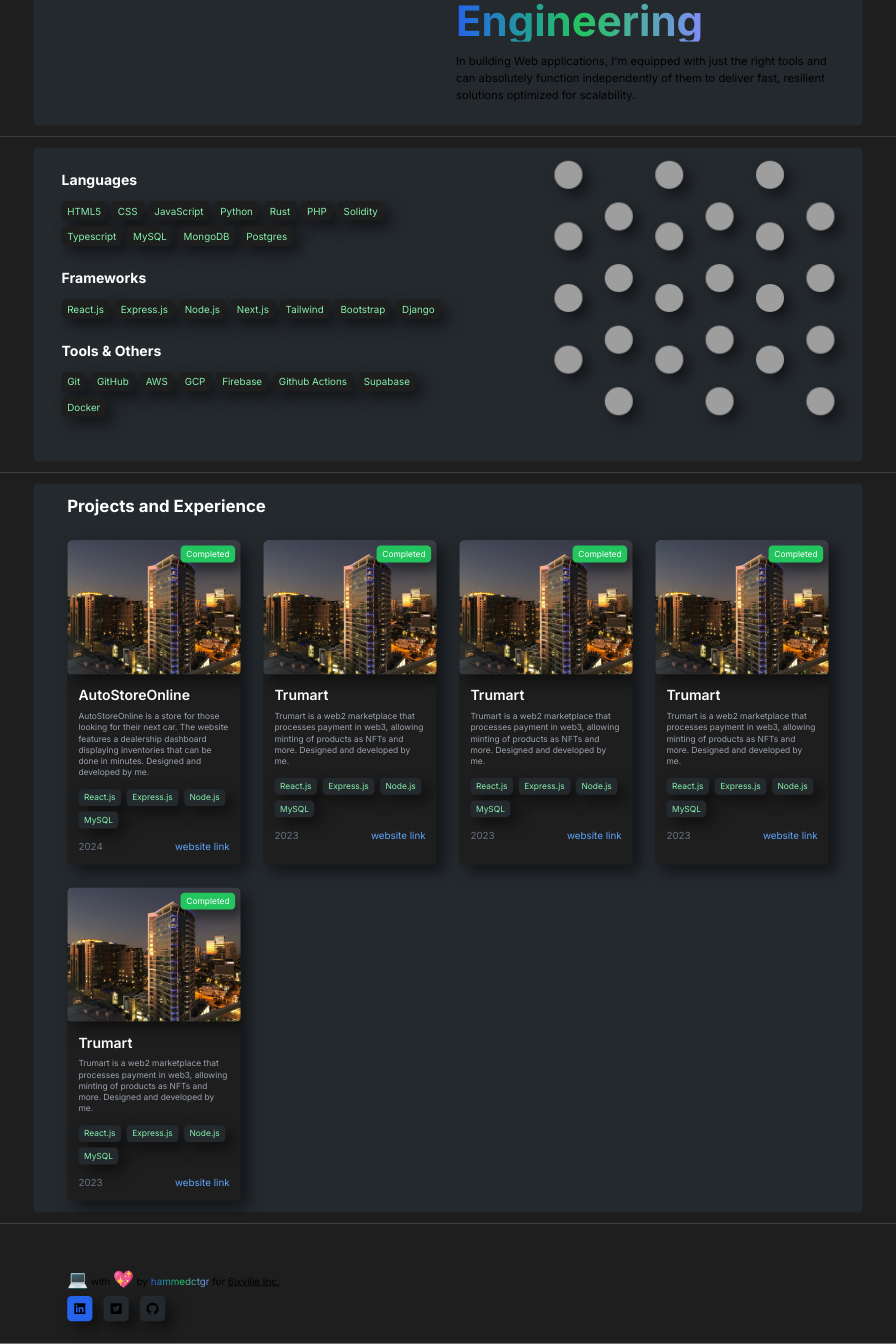
Repository: muhammedctgr/hammedctgr
Page: /
The author's editor kept a copy of each file at every save. The page is drawn from the files as they stood at one save, then again after the next save.
The browser window is 1280 px wide. The pictures show the part of the page from y = 848 to 2768 px (the page is 2768 px tall), at 70% of full size.
Pictures or frames that could not be fetched are drawn as grey boxes. The project was rebuilt for these pictures with package versions that can differ from the ones it lists, and the page was loaded fresh each time. The framework's server and built-in components were replaced by stand-ins that run in the browser. Also part of the build but not shown: next.config.mjs.

Above is the page before, as saved 2024-08-13 19:53:00.

### app/layout.tsx
import type { Metadata } from "next";
import { Inter } from "next/font/google";
import "./globals.css";

const inter = Inter({ subsets: ["latin"] });

export const metadata: Metadata = {
  title: "Popoola Muhammed",
  description: "Generated by create next app",
};

export default function RootLayout({
  children,
}: Readonly<{
  children: React.ReactNode;
}>) {
  return (
    <html lang="en">
      <body className={inter.className}>{children}</body>
    </html>
  );
}

### app/page.tsx
import Head from 'next/head';
import Hero from '../components/Hero';
import SkillsSection from '@/components/SkillsSection';
import SummarySection from '@/components/SummarySection';
import ProjectsSection from '@/components/ProjectsSection';
import Footer from '@/components/Footer';

const Home = () => (
  <div>
    <Head>
      <title>Popoola Muhammed</title>
      <meta name="description" content="Welcome to my developer portfolio" />
    </Head>

    <Hero />
    <SummarySection />
    <SkillsSection />
    <ProjectsSection />
    <Footer />
  </div>
);

export default Home;

### app/globals.css
@tailwind base;
@tailwind components;
@tailwind utilities;

:root {
  --foreground-rgb: 0, 0, 0;
  --background-start-rgb: 214, 219, 220;
  --background-end-rgb: 255, 255, 255;
}

@media (prefers-color-scheme: dark) {
  :root {
    --foreground-rgb: 255, 255, 255;
    --background-start-rgb: 0, 0, 0;
    --background-end-rgb: 0, 0, 0;
  }
}

body {
  color: rgb(var(--foreground-rgb));
  background: linear-gradient(
      to bottom,
      transparent,
      rgb(var(--background-end-rgb))
    )
    rgb(var(--background-start-rgb));
}

@layer utilities {
  .text-balance {
    text-wrap: balance;
  }
}


@keyframes upDown {
  0%, 100% {
    transform: translateY(0);
  }
  50% {
    transform: translateY(-10px); /* Adjust the value as needed */
  }
}

.animate-upDown {
  animation: upDown 2s infinite ease-in-out; /* Adjust duration as needed */
}


@keyframes scroll-medium {
  0% {
    transform: translateY(-100%);
  }
  100% {
    transform: translateY(100%);
  }
}

@keyframes scroll-fast {
  0% {
    transform: translateY(-100%);
  }
  100% {
    transform: translateY(30vh);
  }
}

@keyframes scroll-upfast {
  0% {
    transform: translateY(100%);
  }
  100% {
    transform: translateY(-30vh);
  }
}

.animate-scroll-upfast {
  animation: scroll-upfast 2s linear infinite;
}

.animate-scroll-fast {
  animation: scroll-fast 2s linear infinite;
}

.animate-scroll-medium {
  animation: scroll-medium 6s linear infinite;
}

.animate-scroll-delay {
  animation-delay: 2s;
}

.animate-scroll-delay-long {
  animation-delay: 4s;
}

.animate-scroll {
  animation: scroll 10s linear infinite;
}

.neumorph {
  border-radius: 5px;
  background: linear-gradient(145deg, #161414, #1a1818);
  box-shadow:  5px 5px 10px #111010,
               -5px -5px 10px #1f1c1c;
}

### components/Hero.tsx
import Image from 'next/image';
import profilePic from '../public/profile.png';
import { AiFillLinkedin, AiFillGithub, AiFillTwitterSquare, AiFillX } from 'react-icons/ai';

const Hero = () => {
  return (
    <section className="bg-gptGray px-4 py-4 md:pt-8 md:px-8 lg:px-12 text-white flex items-center">
  <div className="container bg-githubGray shadow-lg rounded-md mx-auto flex flex-col md:flex-row md:px-2 relative overflow-hidden">
    <div className="flex-1 text-left p-4 md:p-8">
      <div className="inline-block bg-blue-600 text-black py-1 px-3 mb-4 rounded-md">
        Hi, I’m
      </div>
      <div className="mb-6">
        <h1 className="text-xl md:text-3xl font-bold">Popoola Muhammed</h1>
        <p className="mt-2 text-lg md:text-xl">Full-Stack Developer, I build and manage</p>
      </div>
      <ul className="mt-4 list-disc list-inside text-xs md:text-base">
        <li>Highly Optimized and Responsive <span className="text-blue-600">FRONT-END</span></li>
        <li>Secure and Scalable <span className="text-blue-600">BACK-END & DATABASE</span></li>
        <li><span className="text-blue-600">IT</span> Infrastructure</li>
      </ul>
      <div className="mt-6">
        <a href="#contact" className="underline">Let’s Connect</a>
        <div className="mt-2 flex justify-start space-x-4">
          <a href="#" className="bg-blue-600 p-2 rounded-md shadow-deep-all">
            <AiFillLinkedin size={20} />
          </a>
          <a href="#" className="bg-githubGray p-2 rounded-md shadow-deep-all">
            <AiFillTwitterSquare size={20} />
          </a>
          <a href="#" className="bg-githubGray p-2 rounded-md shadow-deep-all">
            <AiFillGithub size={20} />
          </a>
        </div>
      </div>
    </div>
    <div className="relative flex-1 p-4 md:p-8">
      <img src="https://cdn.jsdelivr.net/gh/devicons/devicon@latest/icons/python/python-original.svg" className="right-4 w-8 h-8 md:w-16 md:h-16 lg:w-16 lg:h-16 bg-gptGray rounded-md animate-bounce shadow-deep-all" />
      <div className="relative w-40 h-40 md:w-72 md:h-72 lg:w-96 lg:h-96 mx-auto">
        <Image src={profilePic} alt="Popoola Muhammed" layout="fill" className="rounded-full object-cover animate-upDown" />
      </div>
      <img src="https://cdn.jsdelivr.net/gh/devicons/devicon@latest/icons/rust/rust-original.svg"  className="w-8 h-8 md:w-16 md:h-16 lg:w-16 lg:h-16 bg-gptGray rounded-3xl shadow-deep-all animate-bounce absolute top-8 right-4" />
      <img src="https://cdn.jsdelivr.net/gh/devicons/devicon@latest/icons/javascript/javascript-original.svg" className="w-8 h-8 md:w-12 md:h-12 lg:w-12 lg:h-12 bg-gptGray rounded-md animate-bounce shadow-deep-all" />
    </div>
    <img src="https://cdn.jsdelivr.net/gh/devicons/devicon@latest/icons/nextjs/nextjs-original.svg" className="w-8 h-8 md:w-12 md:h-12 lg:w-12 lg:h-12 bg-gptGray rounded-3xl shadow-deep-all animate-bounce absolute bottom-4 right-36" />
  </div>
</section>
  );
};

export default Hero;

### components/SkillsSection.tsx
import Image from 'next/image';
import { FC } from 'react';

interface SkillCategory {
  title: string;
  skills: { name: string; }[];
}

const skills: SkillCategory[] = [
  {
    title: "Languages",
    skills: [
      { name: "HTML5",  },
      { name: "CSS", },
      { name: "JavaScript",  },
      { name: "Python", },
      { name: "Rust",  },
      { name: "PHP", },
      { name: "Solidity",  },
      { name: "Typescript",  },
      { name: "MySQL",  },
      { name: "MongoDB", },
      { name: "Postgres", },
    ],
  },
  {
    title: "Frameworks",
    skills: [
      { name: "React.js", },
      { name: "Express.js",  },
      { name: "Node.js", },
      { name: "Next.js", },
      { name: "Tailwind", },
      { name: "Bootstrap", },
      { name: "Django", }
    ],
  },
  {
    title: "Tools & Others",
    skills: [
      { name: "Git",  },
      { name: "GitHub",  },
      { name: "AWS", },
      { name: "GCP", },
      { name: "Firebase", },
      { name: "Github Actions", },
      { name: "Supabase",  },
      { name: "Docker",  },
    ],
  },
];

const icons = [
  "/icons/html5.svg", // Replace with your icon paths
  "/icons/css3.svg",
  "/icons/javascript.svg",
  "/icons/python.svg",
  // Add the rest of the icons as needed
];

const SkillsSection: FC = () => {
  return (
  <section className="px-4 py-4 md:px-8 lg:px-12 bg-gptGray text-white w-full h-full">
  <div className="container bg-githubGray rounded-md mx-auto flex flex-col md:flex-row items-start md:px-2">
    <div className="flex-1 p-4 md:p-8">
      {skills.map((category) => (
        <div key={category.title} className="mb-8">
          <h2 className="text-lg md:text-xl font-bold mb-4 ">{category.title}</h2>
          <div className="flex flex-wrap gap-2">
            {category.skills.map((skill) => (
              <span
                key={skill.name}
                className={`px-2 py-1 rounded-md text-sm shadow-deep-all bg-gptGray text-green-300`}
              >
                {skill.name}
              </span>
            ))}
          </div>
        </div>
      ))}
    </div>
    <div className="flex-1 flex flex-col items-center md:items-end overflow-hidden md:pb-8">
      <div className="grid grid-cols-6 md:grid-cols-6 gap-8 p-4 md:p-8">
      <img src="https://cdn.jsdelivr.net/gh/devicons/devicon@latest/icons/html5/html5-original.svg" className="w-10 h-10 md:w-10 md:h-10 lg:w-10 lg:h-10 bg-gptGray rounded-3xl shadow-deep-all mt-4 animate-scroll-fast" />
      <img src="https://cdn.jsdelivr.net/gh/devicons/devicon@latest/icons/css3/css3-original.svg" className="w-10 h-10 md:w-10 md:h-10 lg:w-10 lg:h-10 bg-gptGray rounded-3xl shadow-deep-all mt-4 animate-scroll-upfast" />
      <img src="https://cdn.jsdelivr.net/gh/devicons/devicon@latest/icons/javascript/javascript-original.svg" className="w-10 h-10 md:w-10 md:h-10 lg:w-10 lg:h-10 bg-gptGray rounded-3xl shadow-deep-all mt-4 animate-scroll-fast" />
      <img src="https://cdn.jsdelivr.net/gh/devicons/devicon@latest/icons/python/python-original.svg" className="w-10 h-10 md:w-10 md:h-10 lg:w-10 lg:h-10 bg-gptGray rounded-3xl shadow-deep-all mt-4 animate-scroll-upfast" />
      <img src="https://cdn.jsdelivr.net/gh/devicons/devicon@latest/icons/rust/rust-original.svg"  className="w-10 h-10 md:w-10 md:h-10 lg:w-10 lg:h-10 bg-gptGray rounded-3xl shadow-deep-all mt-4 animate-scroll-fast" />
      <img src="https://cdn.jsdelivr.net/gh/devicons/devicon@latest/icons/php/php-original.svg" className="w-10 h-10 md:w-10 md:h-10 lg:w-10 lg:h-10 bg-gptGray rounded-3xl shadow-deep-all mt-4 animate-scroll-upfast"  />
      <img src="https://cdn.jsdelivr.net/gh/devicons/devicon@latest/icons/solidity/solidity-original.svg" className="w-10 h-10 md:w-10 md:h-10 lg:w-10 lg:h-10 bg-gptGray rounded-3xl shadow-deep-all mt-4 animate-scroll-fast" />
      <img src="https://cdn.jsdelivr.net/gh/devicons/devicon@latest/icons/typescript/typescript-original.svg" className="w-10 h-10 md:w-10 md:h-10 lg:w-10 lg:h-10 bg-gptGray rounded-3xl shadow-deep-all mt-4 animate-scroll-upfast" />
      <img src="https://cdn.jsdelivr.net/gh/devicons/devicon@latest/icons/mysql/mysql-original.svg" className="w-10 h-10 md:w-10 md:h-10 lg:w-10 lg:h-10 bg-gptGray rounded-3xl shadow-deep-all mt-4 animate-scroll-fast" />
      <img src="https://cdn.jsdelivr.net/gh/devicons/devicon@latest/icons/mongodb/mongodb-original.svg" className="w-10 h-10 md:w-10 md:h-10 lg:w-10 lg:h-10 bg-gptGray rounded-3xl shadow-deep-all mt-4 animate-scroll-upfast" />
      <img src="https://cdn.jsdelivr.net/gh/devicons/devicon@latest/icons/react/react-original.svg" className="w-10 h-10 md:w-10 md:h-10 lg:w-10 lg:h-10 bg-gptGray rounded-3xl shadow-deep-all mt-4 animate-scroll-fast" />
      <img src="https://cdn.jsdelivr.net/gh/devicons/devicon@latest/icons/nextjs/nextjs-original.svg" className="w-10 h-10 md:w-10 md:h-10 lg:w-10 lg:h-10 bg-gptGray rounded-3xl shadow-deep-all mt-4 animate-scroll-upfast" />
      <img src="https://cdn.jsdelivr.net/gh/devicons/devicon@latest/icons/tailwindcss/tailwindcss-original.svg" className="w-10 h-10 md:w-10 md:h-10 lg:w-10 lg:h-10 bg-gptGray rounded-3xl shadow-deep-all mt-4 animate-scroll-fast" />
      <img src="https://cdn.jsdelivr.net/gh/devicons/devicon@latest/icons/git/git-original.svg" className="w-10 h-10 md:w-10 md:h-10 lg:w-10 lg:h-10 bg-gptGray rounded-3xl shadow-deep-all mt-4 animate-scroll-upfast" />
      <img src="https://cdn.jsdelivr.net/gh/devicons/devicon@latest/icons/github/github-original.svg" className="w-10 h-10 md:w-10 md:h-10 lg:w-10 lg:h-10 bg-gptGray rounded-3xl shadow-deep-all mt-4 animate-scroll-fast" />
      <img src="https://cdn.jsdelivr.net/gh/devicons/devicon@latest/icons/amazonwebservices/amazonwebservices-original-wordmark.svg" className="w-10 h-10 md:w-10 md:h-10 lg:w-10 lg:h-10 bg-gptGray rounded-3xl shadow-deep-all mt-4 animate-scroll-upfast" />
      <img src="https://cdn.jsdelivr.net/gh/devicons/devicon@latest/icons/googlecloud/googlecloud-original.svg" className="w-10 h-10 md:w-10 md:h-10 lg:w-10 lg:h-10 bg-gptGray rounded-3xl shadow-deep-all mt-4 animate-scroll-fast" />
      <img src="https://cdn.jsdelivr.net/gh/devicons/devicon@latest/icons/postgresql/postgresql-original.svg" className="w-10 h-10 md:w-10 md:h-10 lg:w-10 lg:h-10 bg-gptGray rounded-3xl shadow-deep-all mt-4 animate-scroll-upfast" />
      <img src="https://cdn.jsdelivr.net/gh/devicons/devicon@latest/icons/supabase/supabase-original.svg" className="w-10 h-10 md:w-10 md:h-10 lg:w-10 lg:h-10 bg-gptGray rounded-3xl shadow-deep-all mt-4 animate-scroll-fast" />
      <img src="https://cdn.jsdelivr.net/gh/devicons/devicon@latest/icons/docker/docker-original.svg" className="w-10 h-10 md:w-10 md:h-10 lg:w-10 lg:h-10 bg-gptGray rounded-3xl shadow-deep-all mt-4 animate-scroll-upfast" />
      <img src="https://cdn.jsdelivr.net/gh/devicons/devicon@latest/icons/django/django-plain.svg" className="w-10 h-10 md:w-10 md:h-10 lg:w-10 lg:h-10 bg-gptGray rounded-3xl shadow-deep-all mt-4 animate-scroll-fast" />
      <img src="https://cdn.jsdelivr.net/gh/devicons/devicon@latest/icons/bootstrap/bootstrap-original.svg" className="w-10 h-10 md:w-10 md:h-10 lg:w-10 lg:h-10 bg-gptGray rounded-3xl shadow-deep-all mt-4 animate-scroll-upfast" />
      <img src="https://cdn.jsdelivr.net/gh/devicons/devicon@latest/icons/nodejs/nodejs-original.svg" className="w-10 h-10 md:w-10 md:h-10 lg:w-10 lg:h-10 bg-gptGray rounded-3xl shadow-deep-all mt-4 animate-scroll-fast" />
      <img src="https://cdn.jsdelivr.net/gh/devicons/devicon@latest/icons/githubactions/githubactions-original.svg" className="w-10 h-10 md:w-10 md:h-10 lg:w-10 lg:h-10 bg-gptGray rounded-3xl shadow-deep-all mt-4 animate-scroll-upfast" />
      </div>
    </div>
  </div>
</section>
  );
};

export default SkillsSection;

### components/SummarySection.tsx
import { FC } from 'react';

const SummarySection: FC = () => {
  return (
<section className="px-4 py-4 md:px-8 lg:px-12 bg-gptGray relative overflow-hidden">
  <div className="container bg-githubGray mx-auto flex rounded-md flex-col md:flex-row justify-between items-start md:px-8 p-4 md:p-8">
    <div className=" mb-8 md:mb-8">
      <div className="mb-4">
        <span className="text-4xl md:text-6xl font-bold bg-gradient-to-r from-blue-600 via-green-500 to-indigo-400 inline-block text-transparent bg-clip-text">Software</span>
      </div>
      <p className="text-sm md:text-base">
        I'm probably not the typical dev stationed behind a computer, but building state-of-the-art web apps, optimizing performance for scale and avoiding downtime is where you'll find me.
      </p>
    </div>
    <div className=" md:mt-48">
      <div className="mb-4">
        <span className="text-4xl md:text-6xl font-bold bg-gradient-to-r from-blue-600 via-green-500 to-indigo-400 inline-block text-transparent bg-clip-text">Engineering</span>
      </div>
      <p className="text-sm md:text-base">
        In building Web applications, I'm equipped with just the right tools and can absolutely function independently of them to deliver fast, resilient solutions optimized for scalability.
      </p>
    </div>
  </div>
</section>
  );
};

export default SummarySection;

### components/ProjectsSection.tsx
import { FC } from 'react';

interface Project {
  title: string;
  description: string;
  technologies: string[];
  date: string;
  status: string;
  image: string;
  link: string;
}

const projects: Project[] = [
  {
    title: "AutoStoreOnline",
    description: "AutoStoreOnline is a store for those looking for their next car. The website features a dealership dashboard displaying inventories that can be done in minutes. Designed and developed by me.",
    technologies: ["React.js", "Express.js", "Node.js", "MySQL"],
    date: "2024",
    status: "Completed",
    image: "pic1.jpg",
    link: "https://example.com",
  },
  {
    title: "Trumart",
    description: "Trumart is a web2 marketplace that processes payment in web3, allowing minting of products as NFTs and more. Designed and developed by me.",
    technologies: ["React.js", "Express.js", "Node.js", "MySQL"],
    date: "2023",
    status: "Completed",
    image: "pic1.jpg",
    link: "https://example.com",
  },
  {
    title: "Trumart",
    description: "Trumart is a web2 marketplace that processes payment in web3, allowing minting of products as NFTs and more. Designed and developed by me.",
    technologies: ["React.js", "Express.js", "Node.js", "MySQL"],
    date: "2023",
    status: "Completed",
    image: "pic1.jpg",
    link: "https://example.com",
  },
  {
    title: "Trumart",
    description: "Trumart is a web2 marketplace that processes payment in web3, allowing minting of products as NFTs and more. Designed and developed by me.",
    technologies: ["React.js", "Express.js", "Node.js", "MySQL"],
    date: "2023",
    status: "Completed",
    image: "pic1.jpg",
    link: "https://example.com",
  },
  {
    title: "Trumart",
    description: "Trumart is a web2 marketplace that processes payment in web3, allowing minting of products as NFTs and more. Designed and developed by me.",
    technologies: ["React.js", "Express.js", "Node.js", "MySQL"],
    date: "2023",
    status: "Completed",
    image: "pic1.jpg",
    link: "https://example.com",
  },
  // Add more projects as needed...
];

const ProjectsSection: FC = () => {
  return (
    <section className="bg-gptGray md:px-8 px-4 py-4 lg:px-12">
      <div className="container bg-githubGray rounded-md mx-auto md:px-8 ">
        <h2 className="text-2xl font-bold text-white p-4">Projects and Experience</h2>
        <div className="grid grid-cols-1 sm:grid-cols-3 lg:grid-cols-4 gap-8 p-4">
          {projects.map((project, index) => (
            <div key={index} className="bg-gptGray rounded-lg overflow-hidden shadow-deep-all">
              <div className="relative w-full h-48">
                <img src={project.image} alt={project.title} className="w-full h-full object-cover shadow-deep-all rounded-md" />
                <span className="shadow-deep-all absolute top-2 right-2 bg-green-500 text-xs text-white px-2 py-1 rounded-md">{project.status}</span>
              </div>
              <div className="p-4">
                <h3 className="text-xl font-semibold text-white mb-2">{project.title}</h3>
                <p className="text-gray-400 text-xs mb-4">{project.description}</p>
                <div className="flex flex-wrap gap-2 mb-4">
                  {project.technologies.map((tech, i) => (
                    <span key={i} className="bg-githubGray shadow-deep-all text-green-300 text-xs px-2 py-1 rounded-md">{tech}</span>
                  ))}
                </div>
                <div className="flex justify-between items-center">
                  <span className="text-gray-500 text-sm">{project.date}</span>
                  <a href={project.link} target="_blank" rel="noopener noreferrer" className="text-blue-400 hover:underline text-sm">website link</a>
                </div>
              </div>
            </div>
          ))}
        </div>
      </div>
    </section>
  );
};

export default ProjectsSection;

### components/Footer.tsx
import { AiFillLinkedin, AiFillGithub, AiFillTwitterSquare, AiFillX } from 'react-icons/ai';

const Footer = () => {
    return (
        <div className="bg-gptGray px-4 py-4 md:pt-8 md:px-8 lg:px-12">
            <div className='bg-gptGray px-4 py-4 md:pt-8 md:px-12 text-sm'>
                <p>
                <span className='text-2xl'>&#128187;</span> with <span className='text-2xl animate-pulse'>&#128150;</span> by <span className='bg-gradient-to-r from-blue-600 via-green-500 to-indigo-400 inline-block text-transparent bg-clip-text'>hammedctgr</span> for <a href="https://6ixville.github.io/" target="_blank" rel="noopener noreferrer" className='underline'>6ixville Inc.</a>
                </p>
                <div className="">
                    <div className="mt-2 flex justify-start space-x-4">
                        <a href="#" className="bg-blue-600 p-2 rounded-md shadow-deep-all">
                            <AiFillLinkedin size={20} />
                        </a>
                        <a href="#" className="bg-githubGray p-2 rounded-md shadow-deep-all">
                            <AiFillTwitterSquare size={20} />
                        </a>
                        <a href="#" className="bg-githubGray p-2 rounded-md shadow-deep-all">
                            <AiFillGithub size={20} />
                        </a>
                    </div>
                </div>
            </div>
       </div>
     );
}

export default Footer;

### tailwind.config.ts
import type { Config } from "tailwindcss";

const config: Config = {
  content: [
    "./pages/**/*.{js,ts,jsx,tsx,mdx}",
    "./components/**/*.{js,ts,jsx,tsx,mdx}",
    "./app/**/*.{js,ts,jsx,tsx,mdx}",
  ],
  theme: {
    extend: {
      backgroundImage: {
        "gradient-radial": "radial-gradient(var(--tw-gradient-stops))",
        "gradient-conic":
          "conic-gradient(from 180deg at 50% 50%, var(--tw-gradient-stops))",
      },
      colors: {
        githubGray: '#24292e',
        gptGray: '#1e1e1e', // Define the exact color
        gradient: 'bg-gradient-to-r from-blue-600 via-green-500 to-indigo-400 inline-block text-transparent bg-clip-text'
      },
      boxShadow: {
        'deep-right': '10px 10px 20px rgba(0, 0, 0, 0.25)',  // Right side shadow
        'deep-left': '-10px 10px 20px rgba(0, 0, 0, 0.25)',  // Left side shadow
        'deep-top': '10px -10px 20px rgba(0, 0, 0, 0.25)',   // Top side shadow
        'deep-bottom': '10px 10px 20px rgba(0, 0, 0, 0.25)', // Bottom side shadow
        'deep-all': '10px 10px 20px rgba(0, 0, 0, 0.5)',     // All sides shadow
      }
    },
  },
  plugins: [],
};
export default config;

After the next save:
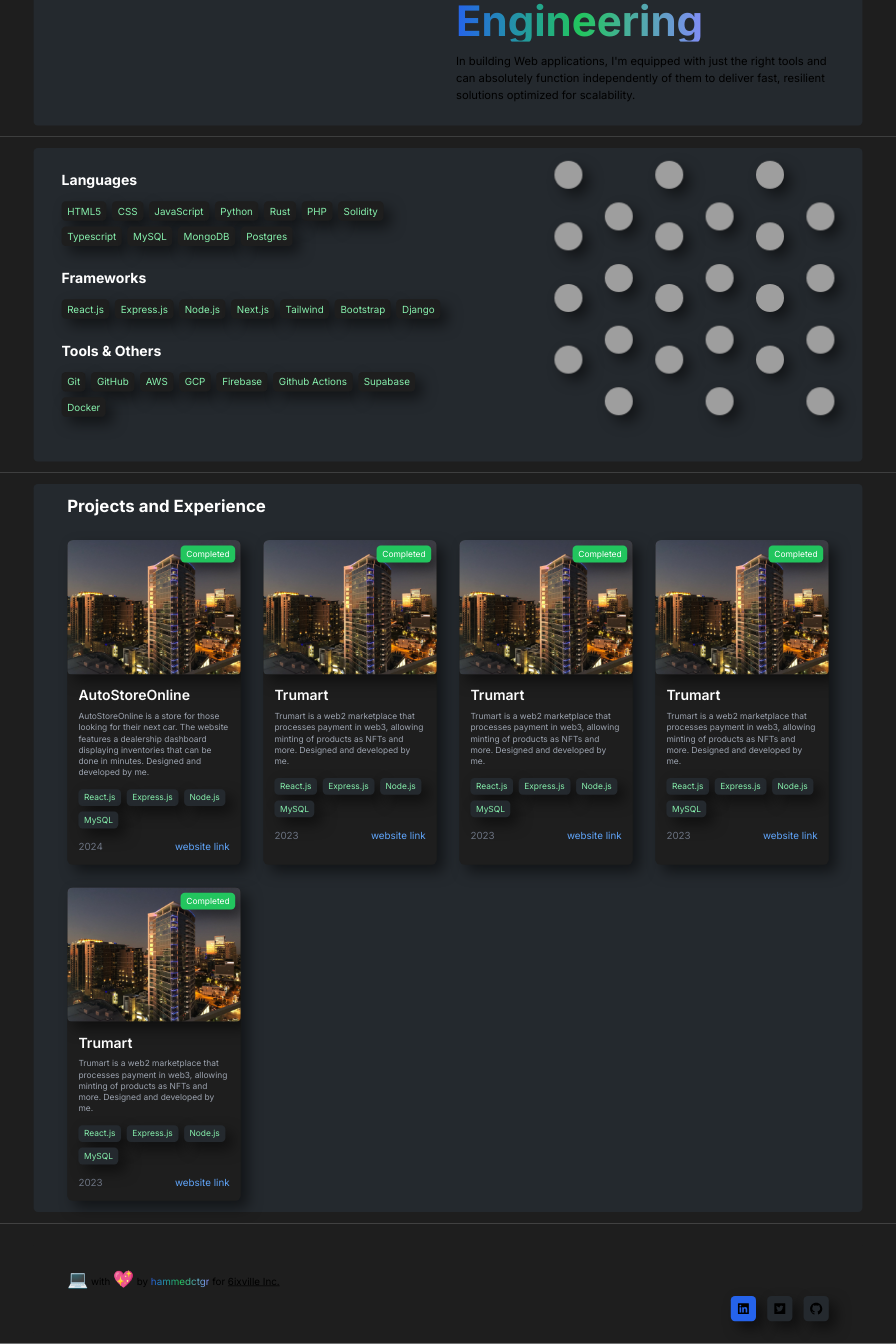
Saved 2 min 58 s later.
--- a/components/Footer.tsx
+++ b/components/Footer.tsx
@@ -8,7 +8,7 @@ const Footer = () => {
                 <span className='text-2xl'>&#128187;</span> with <span className='text-2xl animate-pulse'>&#128150;</span> by <span className='bg-gradient-to-r from-blue-600 via-green-500 to-indigo-400 inline-block text-transparent bg-clip-text'>hammedctgr</span> for <a href="https://6ixville.github.io/" target="_blank" rel="noopener noreferrer" className='underline'>6ixville Inc.</a>
                 </p>
                 <div className="">
-                    <div className="mt-2 flex justify-start space-x-4">
+                    <div className="mt-2 flex justify-end space-x-4">
                         <a href="#" className="bg-blue-600 p-2 rounded-md shadow-deep-all">
                             <AiFillLinkedin size={20} />
                         </a>
